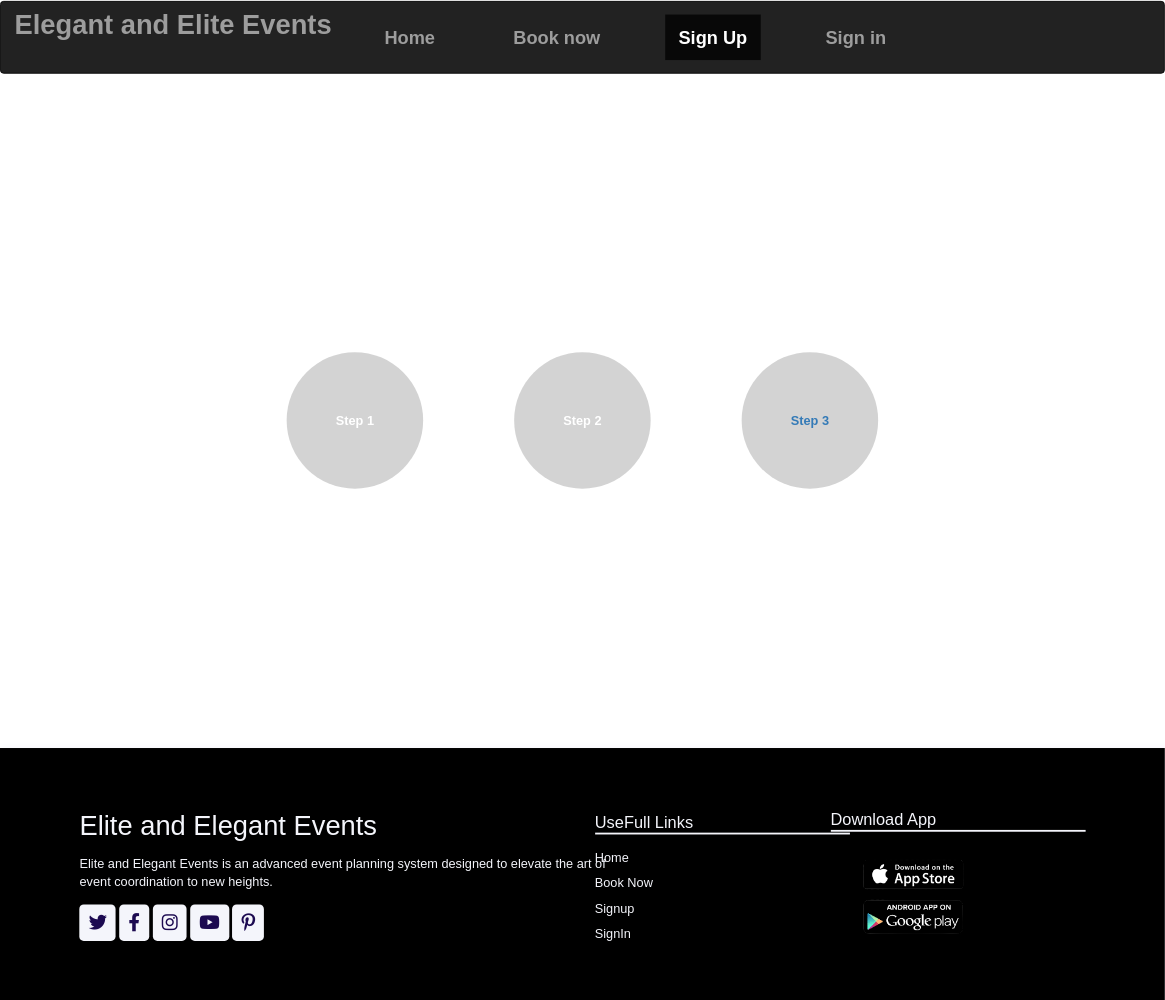
Repository: it22272690/Event-Planning-System
Page: http://localhost/PaymentDemo/Navigate.jsp
An editor plug-in stored every save of this project. The page is shown before and after the next save, followed by the edit.
The browser window is 1280 px wide. The pictures show the whole page, at 91% of full size.
Some web fonts or font styles are not loaded; a fallback is used. The page is served by Tomcat 10. Other server files are loaded and not shown.

Above is the page before, as saved 2023-10-24 06:30:53.

### PaymentDemo/src/main/webapp/Navigate.jsp
<%@ page language="java" contentType="text/html; charset=ISO-8859-1"
    pageEncoding="ISO-8859-1"%>
<!DOCTYPE html>

<html lang="en">
<head>
    <title>Event Planning System</title>
    <link rel="stylesheet" type="text/css" href="css\home.css">


     <title>Bootstrap Example</title>
        <meta charset="utf-8">
        <meta name="viewport" content="width=device-width, initial-scale=1">
        <link rel="stylesheet" href="https://maxcdn.bootstrapcdn.com/bootstrap/3.4.1/css/bootstrap.min.css">
        <script src="https://ajax.googleapis.com/ajax/libs/jquery/3.6.4/jquery.min.js"></script>
        <script src="https://maxcdn.bootstrapcdn.com/bootstrap/3.4.1/js/bootstrap.min.js"></script>
    </head>
    <body>

        <header>

            <nav class="navbar navbar-inverse">

                <div class="container-fluid">
                    <div class="navbar-header">

                        <a class="navbar-brand" href="#"><b style="font-size:30px;">Elegant and Elite Events</b></a>

                    </div>
                    <ul class="nav navbar-nav">

                        <li><a href="#">Home</a></li>
                        <li><a href="Navigate.jsp">Book now</a></li>
                        <li class="active"><a href="Signup.jsp">Sign Up</a></li>
                        <li><a href="Signin.jsp">Sign in</a></li>


                    </ul>
                </div>
            </nav>

        </header>
    <style>

        body {
            font-family: Arial, sans-serif;
            background-color: #f0f0f0;
            text-align: center;
            background-image: url("images/navigate.jpg");
            background-size: cover
        }

        .navigation {
            display: flex;
            justify-content: center;
            align-items: center;
            height: 100vh;
        }

        .step {
            width: 150px;
            height: 150px;
            background-color: rgba(200, 200, 200, 0.8);
            border-radius: 50%;
            margin: 0 50px;
            display: flex;
            justify-content: center;
            align-items: center;
            color: #fff;
            font-weight: bold;
            cursor: pointer;
            transition: background-color 0.3s;
        }

            .step:hover {
                background-color: #DEB887;
            }

        .form {
            display: none;
        }

            .form.active {
                display: block;
            }
    </style>
    </head>
    <body>

        <div class="navigation">
            <div class="step" id="step1">Step 1</div>
            <div class="step" id="step2">Step 2</div>
    		<div class="step" id="step3"><a href="paymentInsert.jsp">Step 3</a></div>
        </div>

        <div class="form" id="form1">
            <!-- Step 1 content goes here -->
            <h2></h2>
        </div>

        <div class="form" id="form2">
            <!-- Step 2 content goes here -->
            <h2>Step 2 Form</h2>
        </div>

        <div class="form" id="form3">
            <!-- Step 3 content goes here -->
            <h2>Step 3 Form</h2>
        </div>



        <script>
            const steps = document.querySelectorAll('.step');
            const forms = document.querySelectorAll('.form');

            steps.forEach((step, index) => {
                step.addEventListener('click', () => {
                    // Hide all forms
                    forms.forEach(form => form.classList.remove('active'));

                    // Show the selected form
                    forms[index].classList.add('active');
                });
            });
        </script>
       <%@include file="Footer.jsp" %>
    </body>
</html>

### PaymentDemo/src/main/webapp/Footer.jsp
<%@ page language="java" contentType="text/html; charset=ISO-8859-1"
    pageEncoding="ISO-8859-1"%>
<!DOCTYPE html>
<html lang="en">
<head>
    <meta charset="UTF-8">
    <meta name="viewport" content="width=device-width, initial-scale=1.0">
    <title>Travel Website Design</title>

    <!-- Style Css Link -->
    <link rel="stylesheet" href="css/footer.css">
    <!-- Style Css Link -->

    <!-- Font Awesome Cdn -->
    <link rel="stylesheet" href="https://cdnjs.cloudflare.com/ajax/libs/font-awesome/6.4.0/css/all.min.css">
    <!-- Font Awesome Cdn -->

    <!-- Google Font links -->
    <link rel="preconnect" href="https://fonts.googleapis.com">
    <link rel="preconnect" href="https://fonts.gstatic.com" crossorigin>
    <link href="https://fonts.googleapis.com/css2?family=Josefin+Sans:wght@500&display=swap" rel="stylesheet">
    <!-- Google Font links -->

</head>
<body>
<footer id="footer">
    <div class="footer-content">
        <div class="row" id="row1">
            <a href="#" id="footer-logo">Elite and Elegant Events</a>
            <p>Elite and Elegant Events is an advanced event planning system designed to elevate the art of event coordination to new heights.</p>
            <div class="socail-links">
                <i class="fa-brands fa-twitter"></i>
                <i class="fa-brands fa-facebook-f"></i>
                <i class="fa-brands fa-instagram"></i>
                <i class="fa-brands fa-youtube"></i>
                <i class="fa-brands fa-pinterest-p"></i>
            </div>
        </div>
        <div class="row" id="row2">
            <h3>UseFull Links</h3>
            <ul>
                <li><a href="#">Home</a></li>
                <li><a href="#">Book Now</a></li>
                <li><a href="#">Signup</a></li>
                <li><a href="#">SignIn</a></li>

            </ul>
        </div>

        <div class="row" id="row4">
            <h3>Download App</h3>
            <img src="images/app.png" alt="foot">
        </div>
    </div>
</footer>
</body>
</html>

### PaymentDemo/src/main/webapp/css/home.css

.button {
    display: inline-block;
    padding: 10px 20px;
    background-color: #D2691E;
    color: #fff;
    text-decoration: none;
    border-radius: 10px;
    margin-right: 10px;
}

body {
    font-family: 'Courier New';
    margin: 0;
    padding: 0;
    background-color: #FFE4B5;
    color: #fff;
}

header {
    display: flex;
    font-family: Arial;
    font-size: 20px;
    align-items: center;

    padding: 1px 0;
    justify-content: space-between; /* Center buttons horizontally */
}

    header img {
        width: 100px; /* Adjust the width as needed */
        height: auto; /* Preserve the aspect ratio */
        margin-left: 20px; /* Add some left margin to the logo */
    }

nav ul {
    list-style-type: none;
    padding: 0;
    text-align: center; /* Center buttons vertically */
}

    nav ul li {
        display: inline;
        float: right;
        display: block;
        color: white;
        padding: 14px 18px;
        text-decoration: none;
    }

        nav ul li a {
            color: #fff;
            text-decoration: none;
            font-weight: bold;
            margin: 0 10px; /* Add some horizontal spacing between the buttons */
        }

.services {
    display: flex;
    flex-wrap: wrap;
    justify-content: center;
    margin: 20px auto;
    max-width: 1200px;
    color: #8B4513; /* Set the text color to white for visibility */
}

.service {
    background-color: #fff;
    border: 1px solid #FF4500; /* Slightly darker border */
    border-radius: 5px;
    padding: 20px;
    margin: 10px;
    text-align: center;
    width: calc(33.33% - 20px);
}

footer {
    background-color: #222; /* Dark background for footer */
    padding: 20px;
    text-align: left;
}

.contact, .social-media {
    display: inline-block;
    margin: 0 20px;
    text-align: left;
    color: #fff;
}

    .social-media a {
        color: #fff;
        text-decoration: none;
        margin: 5px;
        text-align: left;
    }

/* Add this CSS to style the search bar */
.search-section {
    display: flex;
    align-items: center;
}

.search-bar {
    padding: 10px;
    border: 1px solid #ccc;
    border-radius: 5px;
    margin-right: 10px;
    width: 200px; /* Adjust the width as needed */
    outline: none; /* Remove the outline on focus */
}

    .search-bar::placeholder {
        color: #999; /* Placeholder text color */
    }

.search-button {
    background-color: #D2691E;
    color: #fff;
    padding: 10px 20px;
    border: none;
    border-radius: 5px;
    cursor: pointer;
    font-weight: bold;
}

### PaymentDemo/src/main/webapp/css/footer.css
*{
    margin: 0;
    padding: 0;
    box-sizing: border-box;
    text-decoration: none;
    list-style: none;
    scroll-behavior: smooth;
    font-family: 'Josefin Sans', sans-serif;
}
html::-webkit-scrollbar-track{
    background: transparent;
}
html::-webkit-scrollbar-thumb{
    background: #f4f5fb;
    border-radius: 10px;
}
html::-webkit-scrollbar{
    width: 10px;
}
body{
    background: #fff;
}


/* Footer Start */
#footer{
    width: 100%;
    padding: 50px 8% 50px;
    background-color: black;
    box-shadow: 10px 10px 10px 10px #f4f5fb;
}
.footer-content{
    display: grid;
    grid-template-columns: repeat(auto-fit, minmax(250px, auto));
    align-items: center;
    gap: 0.90rem;
}
#footer #row1{
    position: relative;
    overflow: hidden;
}
#footer #row1 #footer-logo{
    font-size: 30px;
    color: #f4f5fb;
}
#footer #row1 p{
    color: #f4f5fb;
    margin-top: 10px;
}
.socail-links{
    margin-top: 15px;
}
.socail-links i{
    color: #1c0a51;
    background: #f4f5fb;
    font-size: 20px;
    padding: 10px;
    border-radius: 5px;
    cursor: pointer;
}
#row2 h3{
    font-size: 18px;
    color: #f4f5fb;
    border-bottom: 2px solid #f4f5fb;
}
#row2 ul{
    margin-top: 15px;
}
#row2 ul li{
    margin-top: 8px;
}
#row2 ul li a{
    color: #f4f5fb;
    transition: 0.5s ease;
}
#row2 li a:hover{
    border-bottom: 1px solid #f4f5fb;
}
#row3 h3{
    font-size: 18px;
    color: #f4f5fb;
    border-bottom: 2px solid #f4f5fb;
}
#row3 ul{
    margin-top: 15px;
}
#row3 ul li{
    margin-top: 8px;
}
#row3 ul li a{
    color: #f4f5fb;
    transition: 0.5s ease;
}
#row3 li a:hover{
    border-bottom: 1px solid #f4f5fb;
}
#row4 h3{
    font-size: 18px;
    color: #f4f5fb;
    border-bottom: 2px solid #f4f5fb;
}
#row4 img{
    width: 180px;
    cursor: pointer;
}
/* Footer End */

After the next save:
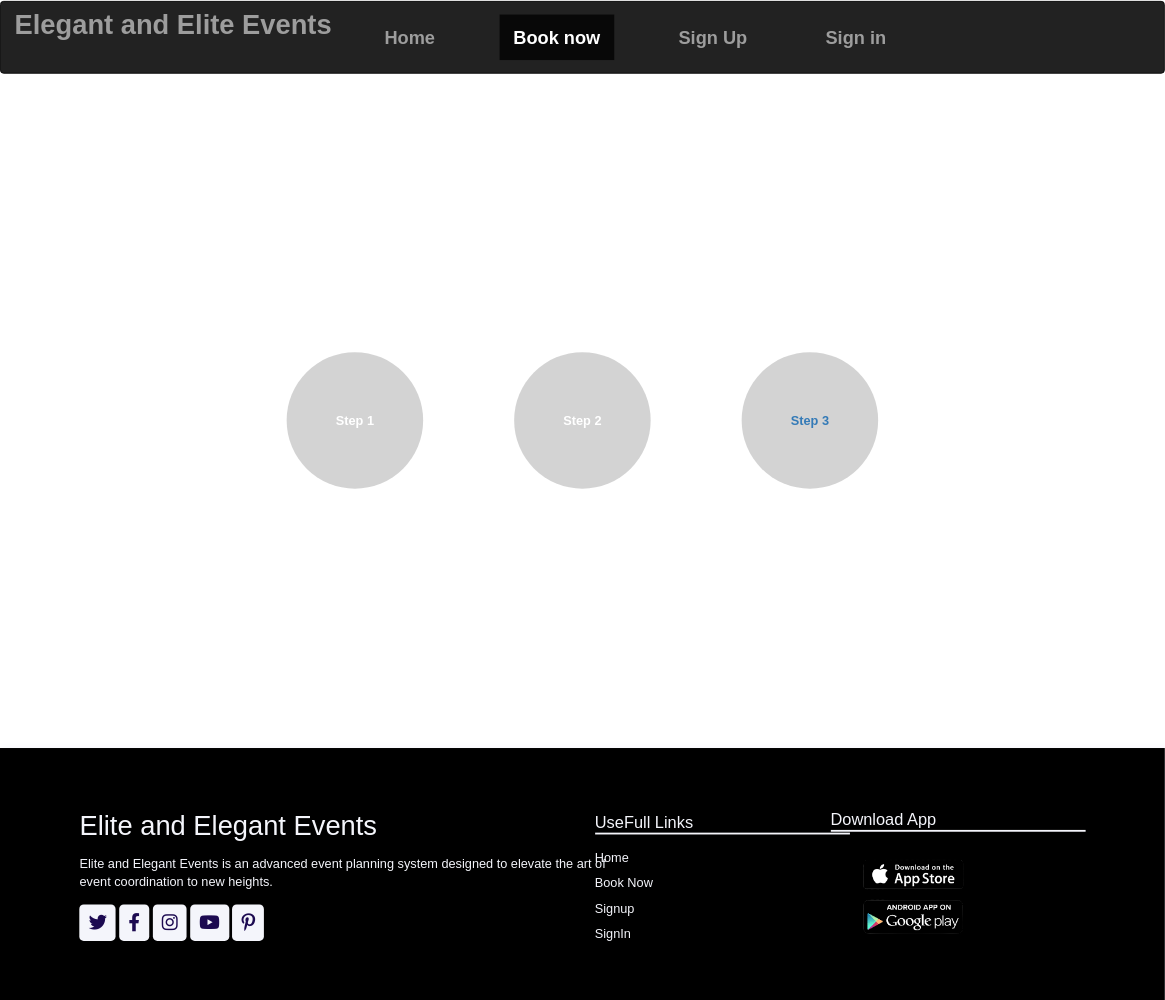
Saved 16 s later.
--- a/PaymentDemo/src/main/webapp/Navigate.jsp
+++ b/PaymentDemo/src/main/webapp/Navigate.jsp
@@ -30,8 +30,8 @@
                     <ul class="nav navbar-nav">
 
                         <li><a href="#">Home</a></li>
-                        <li><a href="Navigate.jsp">Book now</a></li>
-                        <li class="active"><a href="Signup.jsp">Sign Up</a></li>
+                        <li class="active"><a href="Navigate.jsp">Book now</a></li>
+                        <li ><a href="Signup.jsp">Sign Up</a></li>
                         <li><a href="Signin.jsp">Sign in</a></li>
 
 
